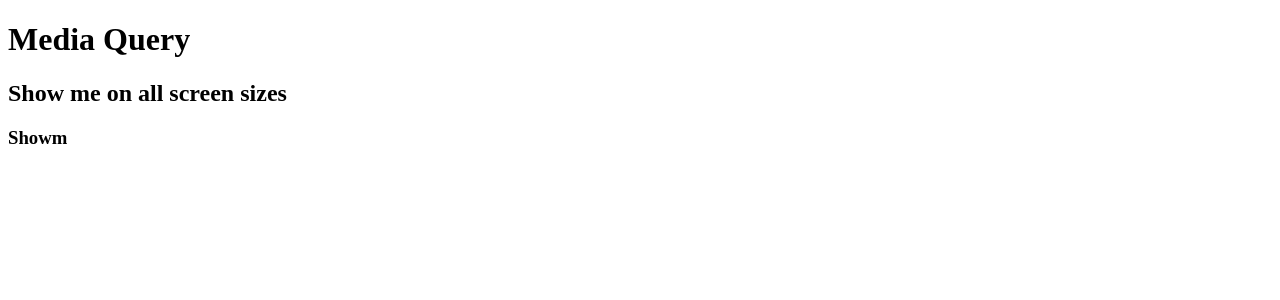
Repository: UnegbuAbigail/3-columns-cards
Page: mediaquery.html
The author's editor kept a copy of each file at every save. The page is drawn from the files as they stood at one save, then again after the next save.
The browser window is 1280 px wide. The pictures show the whole page.

Above is the page before, as saved 2024-08-03 15:03:07.

After the next save:
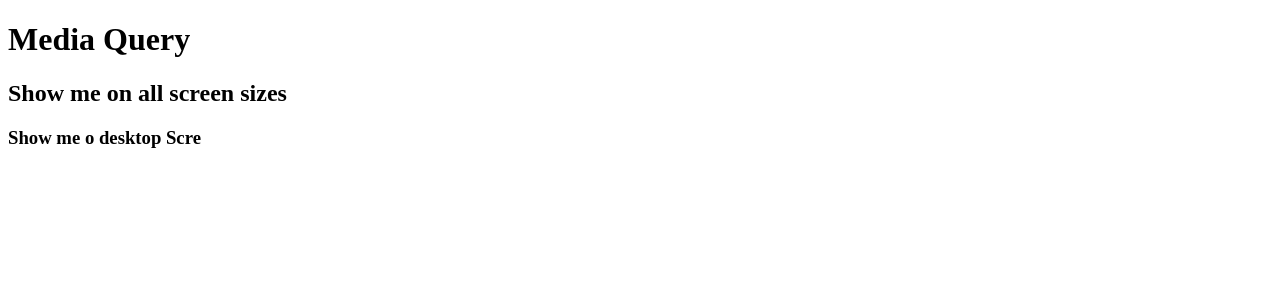
Saved 10 s later.
--- a/mediaquery.html
+++ b/mediaquery.html
@@ -9,7 +9,7 @@
     <main>
         <h1>Media Query</h1>
         <h2>Show me on all screen sizes</h2>
-        <h3>Showm</h3>
+        <h3>Show me o desktop Scre</h3>
     </main>
 </body>
 </html>
